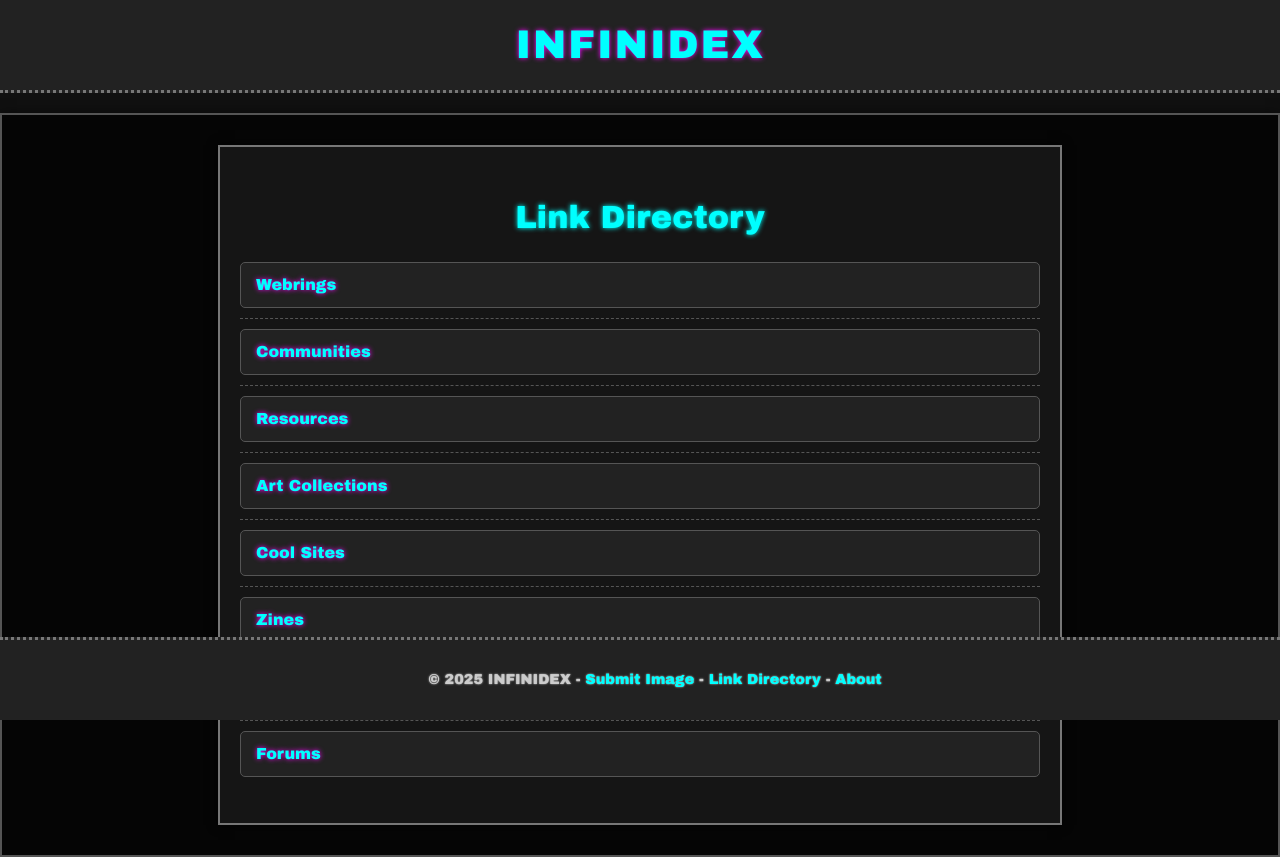
Repository: numbpill3d/obscuraweb
Page: links.html
An editor plug-in stored every save of this project. The page is shown before and after the next save, followed by the edit.
The browser window is 1280 px wide. The pictures show the whole page.

Above is the page before, as saved 2025-04-05 04:30:17.

### links.html
<!DOCTYPE html>
<html lang="en">
<head>
    <meta charset="UTF-8">
    <meta name="viewport" content="width=device-width, initial-scale=1.0">
    <title>INFINIDEX - Link Directory</title>
    <link rel="stylesheet" href="style.css">
    <style>
        body {
            font-family: 'Arial Black', monospace;
        }
        main {
            background-color: #050505;
            box-shadow: 0 0 10px rgba(0,0,0,0.5);
            border: 2px solid #555;
        }
    </style>
</head>
<body id="links-page">
    <header>
        <h1><a href="/">INFINIDEX</a></h1>
    </header>

    <main>
        <section id="link-directory">
            <h2>Link Directory</h2>
            <ul>
                <li><a href="#">Webrings</a></li>
                <li><a href="#">Communities</a></li>
                <li><a href="#">Resources</a></li>
                <li><a href="#">Art Collections</a></li>
                <li><a href="#">Cool Sites</a></li>
                <li><a href="#">Zines</a></li>
                <li><a href="#">Blogs</a></li>
                <li><a href="#">Forums</a></li>
            </ul>
        </section>
    </main>

    <footer>
        <p>&copy; 2025 INFINIDEX - <a href="/submit">Submit Image</a> - <a href="links.html">Link Directory</a> - <a href="about.html">About</a></p>
    </footer>
</body>
</html>

### style.css
body {
    font-family: 'Arial Black', monospace; /* More impactful font */
    margin: 0;
    padding: 0;
    background-color: #101010; /* Deeper dark background */
    color: #f0f; /* Vibrant pink text */
    line-height: 1.5;
    text-shadow: 0 0 5px #f0f; /* Neon text shadow */
}

a {
    color: #0ff; /* Cyan links */
    text-decoration: none;
    transition: color 0.3s ease;
}

a:hover {
    color: #ff0; /* Yellow hover color */
    text-decoration: underline;
}

header {
    background-color: #222; /* Darker header background */
    padding: 15px 20px;
    text-align: center;
    border-bottom: 3px dotted #777; /* Dotted border */
    margin-bottom: 20px;
}

header h1 {
    margin: 0;
    font-size: 2.5em;
    letter-spacing: 2px;
}

main {
    display: flex;
    padding: 20px;
    justify-content: center;
    background-color: #050505; /* Slightly lighter main background */
    box-shadow: 0 0 10px rgba(0,0,0,0.5); /* Subtle shadow */
    border: 2px solid #555; /* Add border to main content */
}

#image-feed {
    flex: 3;
    display: grid;
    grid-template-columns: repeat(auto-fill, minmax(180px, 1fr)); /* Slightly larger images */
    gap: 20px;
    padding-right: 25px;
    border-right: 3px dotted #777; /* Dotted border */
}

.image-item {
    position: relative;
    overflow: hidden;
    border: 2px solid #777; /* Thicker border */
    box-shadow: 3px 3px 5px rgba(0,0,0,0.7); /* Stronger shadow */
    transition: transform 0.3s ease;
}

.image-item:hover {
    transform: scale(1.05); /* Slight scale on hover */
}

.image-item img {
    width: 100%;
    height: auto;
    display: block;
}

.image-item .tags {
    position: absolute;
    bottom: 0;
    left: 0;
    width: 100%;
    background-color: rgba(0, 0, 0, 0.9); /* More opaque black */
    color: #0f0; /* Neon green tags */
    padding: 8px;
    text-align: center;
    opacity: 0;
    transition: opacity 0.3s ease;
    font-size: 0.9em;
    letter-spacing: 1px;
}

.image-item:hover .tags {
    opacity: 1;
}

#widget-container {
    flex: 1.5; /* Slightly wider widget area */
    padding-left: 25px;
    text-align: center;
}

#widget-container h2 {
    color: #f0f; /* Pink widget heading */
    font-size: 1.8em;
    margin-bottom: 10px;
    text-shadow: 0 0 3px #f0f;
}

#widget-strip {
    display: flex;
    overflow-x: auto;
    border: 2px solid #777; /* Thicker border */
    padding: 12px;
    background-color: #222; /* Darker widget background */
    box-shadow: inset 0 0 5px rgba(0,0,0,0.8); /* Inset shadow for depth */
}

.widget-image {
    width: 90px; /* Slightly larger widget images */
    height: 90px;
    margin: 0 8px;
    cursor: pointer;
    border: 2px solid #777; /* Thicker border */
    box-shadow: 2px 2px 3px rgba(0,0,0,0.7); /* Shadow for widget images */
    transition: transform 0.2s ease;
}

.widget-image:hover {
    transform: scale(1.1); /* Scale on widget image hover */
}

footer {
    text-align: center;
    padding: 15px;
    background-color: #222; /* Darker footer */
    border-top: 3px dotted #777; /* Dotted border */
    position: fixed;
    bottom: 0;
    width: 100%;
    font-size: 0.9em;
    color: #ccc; /* Lighter gray footer text */
    text-shadow: 0 0 2px #ccc; /* Footer text shadow */
}

/* Style for links page */
#links-page main {
    display: block; /* Override flex for links page */
    padding: 30px;
}

#links-page #link-directory {
    max-width: 800px;
    margin: 0 auto;
    padding: 20px;
    background-color: #151515; /* Darker background for link directory */
    border: 2px solid #777;
    box-shadow: 0 0 10px rgba(0,0,0,0.8);
}

#links-page #link-directory h2 {
    color: #0ff; /* Cyan heading for link directory */
    font-size: 2em;
    text-align: center;
    margin-bottom: 20px;
    text-shadow: 0 0 5px #0ff;
}

#links-page #link-directory ul {
    list-style-type: none;
    padding: 0;
}

#links-page #link-directory li {
    margin-bottom: 10px;
    padding-bottom: 10px;
    border-bottom: 1px dashed #555; /* Dashed line between links */
}

#links-page #link-directory li:last-child {
    border-bottom: none;
}

#links-page #link-directory li a {
    display: block;
    padding: 10px 15px;
    background-color: #222; /* Dark link background */
    border: 1px solid #555;
    border-radius: 5px;
    transition: background-color 0.3s ease, color 0.3s ease;
}

#links-page #link-directory li a:hover {
    background-color: #333; /* Darker hover background */
    color: #ff0; /* Yellow hover text */
}

After the next save:
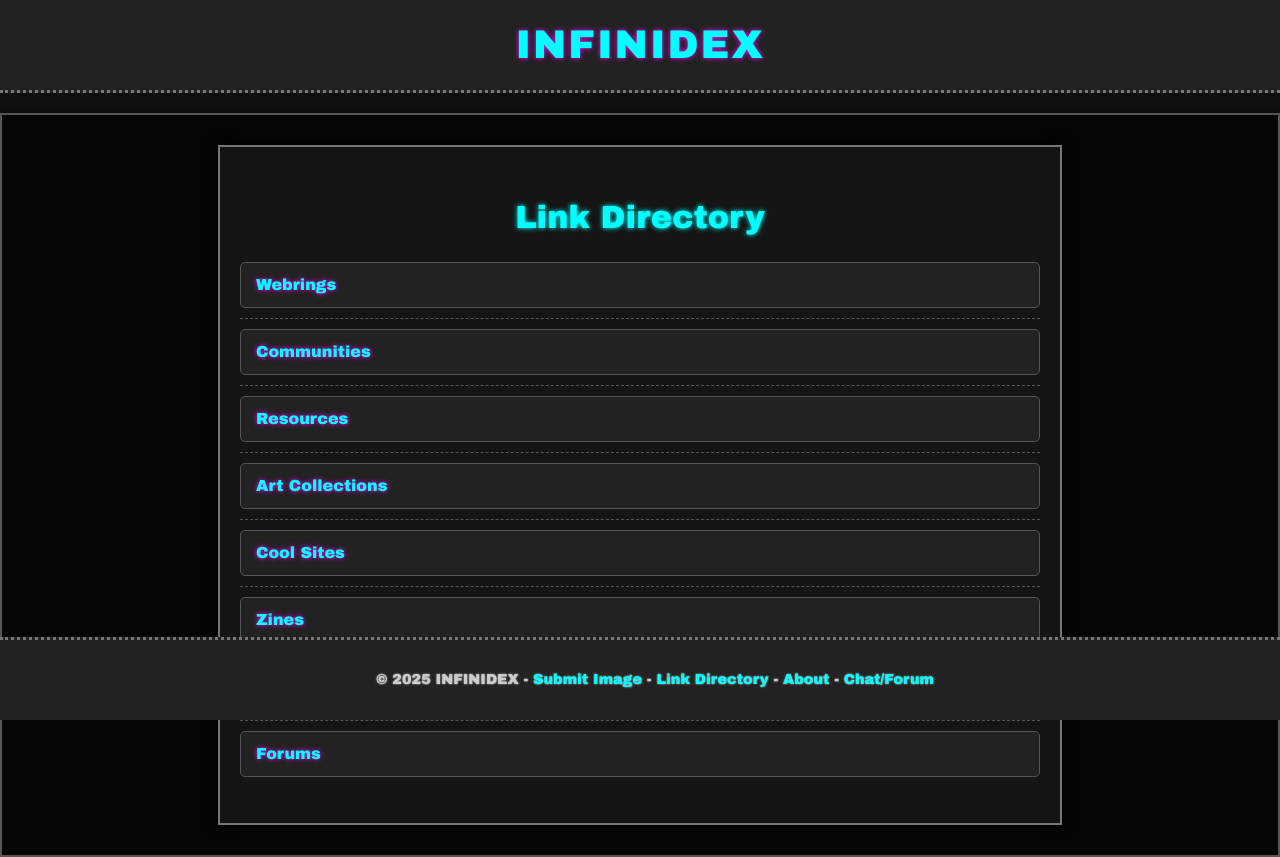
Saved 14 s later.
--- a/links.html
+++ b/links.html
@@ -38,7 +38,7 @@
     </main>
 
     <footer>
-        <p>&copy; 2025 INFINIDEX - <a href="/submit">Submit Image</a> - <a href="links.html">Link Directory</a> - <a href="about.html">About</a></p>
+        <p>&copy; 2025 INFINIDEX - <a href="/submit">Submit Image</a> - <a href="links.html">Link Directory</a> - <a href="about.html">About</a> - <a href="chat.html">Chat/Forum</a></p>
     </footer>
 </body>
 </html>
